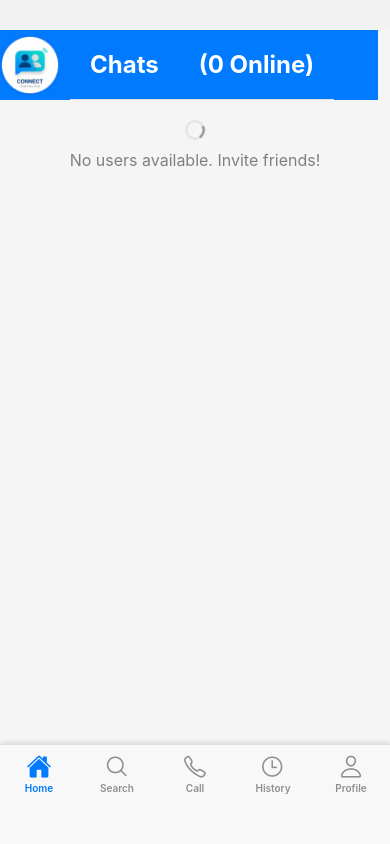
Repository: UdayRaj04/Chatapp_native
Screen: /MainTabs (app in ChatAppFrontend/)
These files come from the project's save history. The screen is drawn as it stood at one moment and after the next save; the edit follows.
The app was drawn by React Native's web renderer in a window 390 px wide. The project was rebuilt for these pictures with package versions that can differ from the ones it lists, and the page was loaded fresh each time. Some packages were replaced by stand-ins written for this rebuild. Also part of the build but not shown: ChatAppFrontend/screens/RegisterScreen.tsx, ChatAppFrontend/screens/ChatScreen.tsx, ChatAppFrontend/screens/SearchScreen.tsx, ChatAppFrontend/screens/AnalyticsScreen.tsx, ChatAppFrontend/screens/HistoryScreen.tsx, ChatAppFrontend/screens/ProfileScreen.tsx.

Above is the screen before, as saved 2025-09-09 17:53:50.

After the next save:
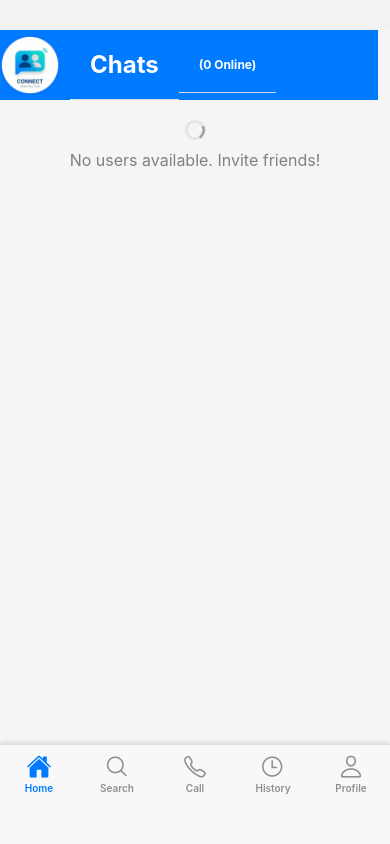
Saved 6 s later.
--- a/ChatAppFrontend/screens/ChatListScreen.tsx
+++ b/ChatAppFrontend/screens/ChatListScreen.tsx
@@ -232,7 +232,7 @@ const styles = StyleSheet.create({
 
   },
   title1: {
-    fontSize: 24,
+    fontSize: 12,
     fontWeight: 'bold',
     padding: 20,
     color: '#ffffffff',
